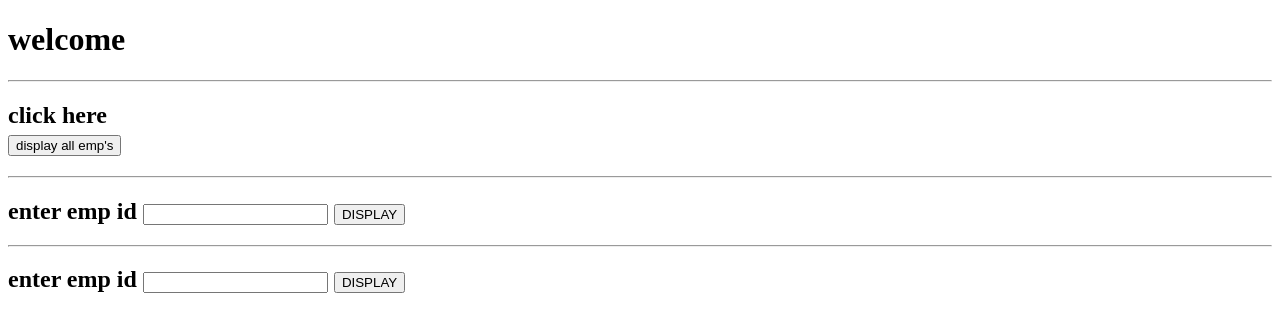
Repository: Saikumar6901/DBSTrainingModules
Page: http://localhost/dbsdemo/Viewall.jsp
The author's editor kept a copy of each file at every save. The page is drawn from the files as they stood at one save, then again after a run of saves.
The browser window is 1280 px wide. The pictures show the whole page.
The page is served by Tomcat 9.

Above is the page before, as saved 2019-08-17 04:58:27.

After the next 2 saves:
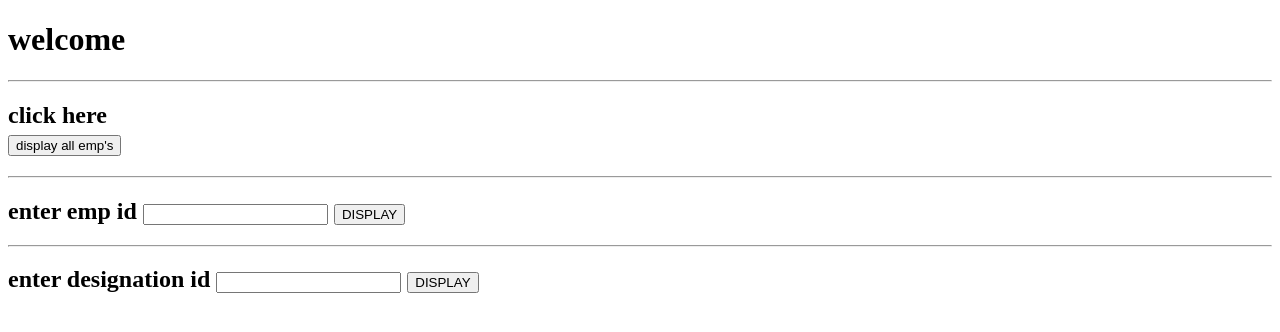
The 2 saves are shown as one change because they came seconds apart.
The last was saved 56 s later.
--- a/workspace-spring-tool-suite-4-4.3.2.RELEASE/dbsdemo/src/main/webapp/Viewall.jsp
+++ b/workspace-spring-tool-suite-4-4.3.2.RELEASE/dbsdemo/src/main/webapp/Viewall.jsp
@@ -23,12 +23,14 @@ click here<br>
 enter emp id <input type="text" name="eid">
 <input type="submit" name="submit" value="DISPLAY">
 </h2></form>
+
 <hr>
 
 <form action="displayByDesign" method="post">
 <h2>
-enter emp id <input type="text" name="design">
+enter designation id <input type="text" name="design">
 <input type="submit" name="submit" value="DISPLAY">
-</h2></form>
+</h2>
+</form>
 </body>
 </html>
